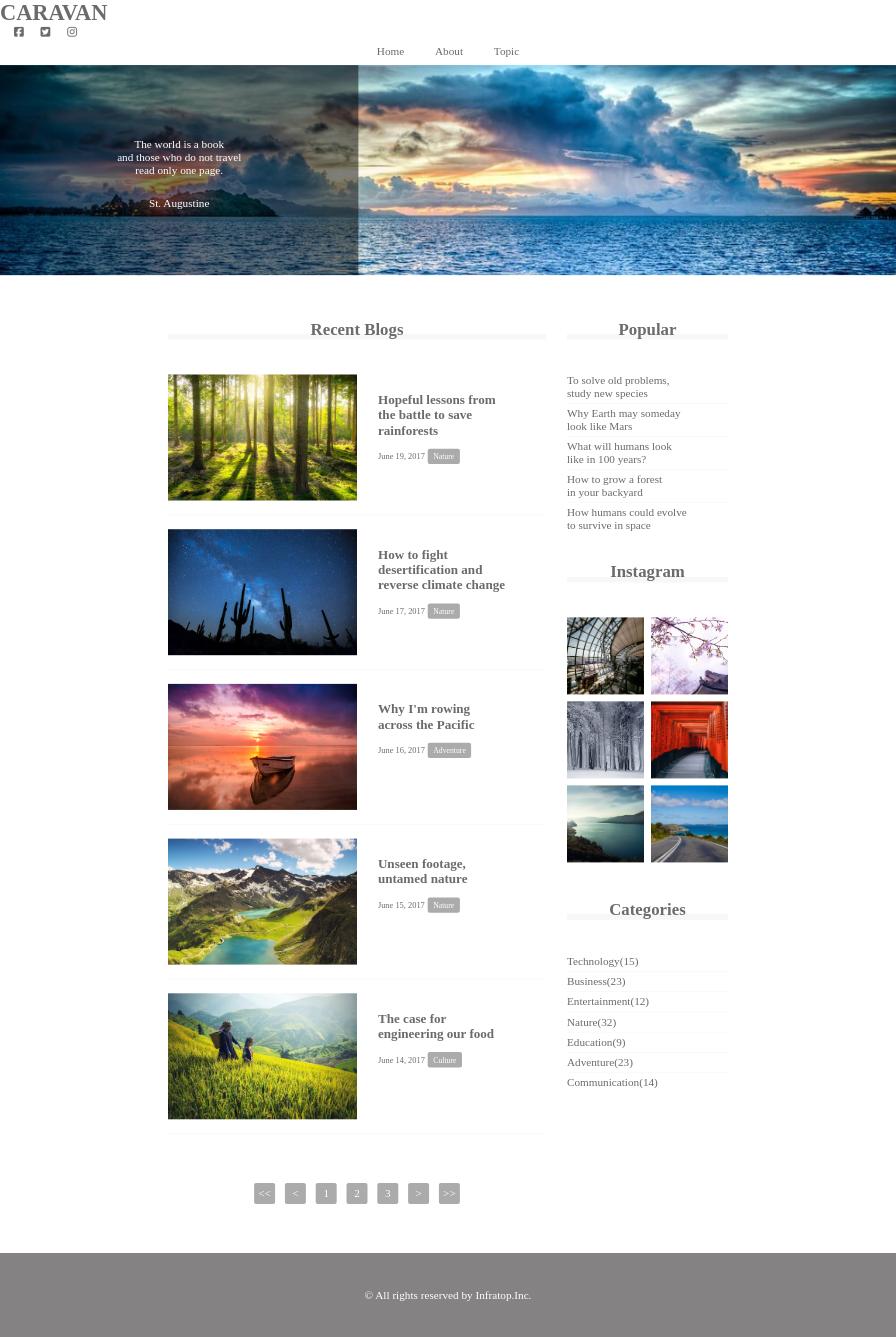
Repository: kowatann/sample_app
Page: caravan/index.html
The author's editor kept a record of every edit. The page is drawn from the files as they stood at one moment, then again after the next edit.
The browser window is 1280 px wide. The pictures show the whole page, at 70% of full size.
Some web libraries are served in a nearby version.

Above is the page before.

### caravan/index.html
<!DOCTYPE html>
<html lang="ja">
  <head>
    <meta charset="UTF-8" />

    <script src="https://kit.fontawesome.com/e8d2f3c1d8.js" crossorigin="anonymous"></script>

    <link rel="stylesheet" href="style.css" />
    <title>CARAVAN</title>
  </head>

  <body>

    <header>
      <h1 class="heading">
        <a href="index.html">
          CARAVAN
        </a>
      </h1>
      <div class="social">

        <i class="fab fa-facebook-square"></i>
        <i class="fab fa-twitter-square"></i>
        <i class="fab fa-instagram"></i>
      </div>
    </header>


    <nav>
      <ul class="nav-list">
        <li class="nav-list-item">
          <a href="index.html">Home</a>
        </li>
        <li class="nav-list-item">About</li>
        <li class="nav-list-item">Topic</li>
      </ul>
    </nav>


    <div class="main-visual">
      <div class="main-visual-content">
        <p class="main-visual-text">
          The world is a book<br />
          and those who do not travel<br />
          read only one page.
        </p>
        <p class="main-visual-name">
          St. Augustine
        </p>
      </div>
    </div>


    <main>
      <section class="blog">
        <h2 class="blog-heading">Recent Blogs</h2>
        <div class="blog-box">
          <div class="blog-item">
            <img class="blog-image" src="img/forest.jpg" />
            <section class="blog-text">
              <h3 class="blog-text-heading">
                <a href="single.html">
                  Hopeful lessons from<br />
                  the battle to save<br />
                  rainforests
                </a>
              </h3>
              <p class="blog-date">June 19, 2017</p>
              <span class="category">Nature</span>
            </section>
          </div>
          <div class="blog-item">
            <img class="blog-image" src="img/desert.jpg" />
            <section class="blog-text">
              <h3 class="blog-text-heading">
                <a href="single.html">
                  How to fight<br />
                  desertification and<br />
                  reverse climate change
                </a>
              </h3>
              <p class="blog-date">June 17, 2017</p>
              <span class="category">Nature</span>
            </section>
          </div>
          <div class="blog-item">
            <img class="blog-image" src="img/sunset.jpg" />
            <section class="blog-text">
              <h3 class="blog-text-heading">
                <a href="single.html">
                  Why I'm rowing<br />
                  across the Pacific
                </a>
              </h3>
              <p class="blog-date">June 16, 2017</p>
              <span class="category">Adventure</span>
            </section>
          </div>
          <div class="blog-item">
            <img class="blog-image" src="img/italy.jpg" />
            <section class="blog-text">
              <h3 class="blog-text-heading">
                <a href="single.html">
                  Unseen footage,<br />
                  untamed nature
                </a>
              </h3>
              <p class="blog-date">June 15, 2017</p>
              <span class="category">Nature</span>
            </section>
          </div>
          <div class="blog-item">
            <img class="blog-image" src="img/asia.jpg" />
            <section class="blog-text">
              <h3 class="blog-text-heading">
                <a href="single.html">
                  The case for<br />
                  engineering our food
                </a>
              </h3>
              <p class="blog-date">June 14, 2017</p>
              <span class="category">Culture</span>
            </section>
          </div>
        </div>
        <div class="pagination">
          <p><<</p>
          <p><</p>
          <p>1</p>
          <p>2</p>
          <p>3</p>
          <p>></p>
          <p>>></p>
        </div>      </section>
      <div class="sidebar">
        <section class="popular">
          <h2 class="popular-heading common-heading">Popular</h2>
          <div class="sidebar-contents">
            <p class="popular-text">
              To solve old problems,<br />study new species
            </p>
            <p class="popular-text">
              Why Earth may someday<br />look like Mars
            </p>
            <p class="popular-text">
              What will humans look<br />like in 100 years?
            </p>
            <p class="popular-text">
              How to grow a forest<br />in your backyard
            </p>
            <p class="popular-text">
              How humans could evolve<br />to survive in space
            </p>
          </div>
        </section>
        <section class="instagram">
          <h2 class="instagram-heading common-heading">Instagram</h2>
          <div class="sidebar-contents">
            <div class="instagram-box"></div>
            <div class="instagram-box"></div>
            <div class="instagram-box"></div>
            <div class="instagram-box"></div>
            <div class="instagram-box"></div>
            <div class="instagram-box"></div>
          </div>
        </section>
        <section class="categories">
          <h2 class="categories-heading common-heading">Categories</h2>
          <div class="sidebar-contents">
            <p class="categories-text">Technology(15)</p>
            <p class="categories-text">Business(23)</p>
            <p class="categories-text">Entertainment(12)</p>
            <p class="categories-text">Nature(32)</p>
            <p class="categories-text">Education(9)</p>
            <p class="categories-text">Adventure(23)</p>
            <p class="categories-text">Communication(14)</p>
          </div>
        </section>
      </div>
    </main>


    <footer>
      <p class="footer-text">© All rights reserved by Infratop.Inc.</p>
    </footer>
  </body>
</html>

### caravan/style.css
* {
  margin: 0;
  padding: 0;
  box-sizing: border-box;
  color: #6c6b6b;
}

a {
  text-decoration: none;
}

header {
  position: relative;
}

.social i {
  daisplay: inline-block;
  margin-left: 20px;
}


header .heading {

  font-size: 32px;
}

.nav-list {
  text-align: center;
  padding: 10px 0;
  margin: 0 auto;
}

.nav-list-item {
  list-style: none;
  display: inline-block;
  margin: 0 20px;
}

.main-visual {
  width: 100%;
  height: 300px;
  background-image: url(img/mv.jpg);
  background-size: cover;
  background-position: center;
}

.main-visual-content {
  width: 40%;
  height: 300px;
  background-color: rgba(0, 0, 0, 0.5);
  text-align: center;
  padding-top: 105px;
}

.main-visual-text {
  color: #fff;
}

.main-visual-name {
  margin-top: 30px;
  color: #fff;
}

main {
  width: 800px;
  display: flex;
  justify-content: center;
  margin: 0 auto;
  padding: 70px 0;
}

.blog {
  width: 540px;
  margin-right: 30px;
}

.blog-heading {
  border-bottom: 8px solid #f7f7f7;
  text-align: center;
  line-height: 0.6;
}

.blog-box {
  padding-top: 50px;
}

.blog-item {
  padding-bottom: 20px;
  margin-bottom: 20px;
  border-bottom: 1px solid #f7f7f7;
  display: flex;
  justify-content: flex-start;
}

.blog-image {
  height: 180px;
}

.blog-text {
  padding: 25px 0 0 30px;
}

.blog-text-heading {
  padding-bottom: 15px;
}

.blog-date {
  font-size: 12px;
  display: inline-block;
}

.category {
  display: inline-block;
  padding: 5px 8px;
  background-color: #acabab;
  border-radius: 3px;
  color: #fff;
  font-size: 11px;
}

.pagination {
  text-align: center;
  padding-top: 50px;
}

.pagination p {
  display: inline-block;
  width: 30px;
  height: 30px;
  margin: 0 5px;
  color: #fff;
  background-color: #acabab;
  border-radius: 3px;
  line-height: 30px;
}
.sidebar {
  width: 230px;
}

.common-heading {
  border-bottom: 8px solid #f7f7f7;
  text-align: center;
  line-height: 0.6;
}

.sidebar-contents {
  padding: 50px 0;
}

.popular-text,
.categories-text {
  padding-bottom: 5px;
  border-bottom: 1px solid #f7f7f7;
  margin-bottom: 5px;
}
.popular-text:last-child,
.categories-text:last-child {
  margin: 0;
  padding: 0;
  border: none;
}

.instagram .sidebar-contents {
  display: flex;
  flex-wrap: wrap;
}

.instagram-box {
  width: 110px;
  padding-top: 110px;
  background-size: cover;
  background-position: center;
  margin-bottom: 10px;
}

.instagram-box:nth-child(odd) {
  margin: 0 10px 10px 0;
}

.instagram-box:nth-child(1) {
  background-image: url(img/airport.jpg);
}

.instagram-box:nth-child(2) {
  background-image: url(img/japan.jpg);
}

.instagram-box:nth-child(3) {
  background-image: url(img/snow.jpg);
}

.instagram-box:nth-child(4) {
  background-image: url(img/japan2.jpg);
}

.instagram-box:nth-child(5) {
  background-image: url(img/lake.jpg);
}

.instagram-box:nth-child(6) {
  background-image: url(img/road.jpg);
}

footer {
  width: 100%;
  height: 120px;
  text-align: center;
  line-height: 120px;
  background-color: #848282;
}

.footer-text {
  color: #fff;
}

After the next edit:
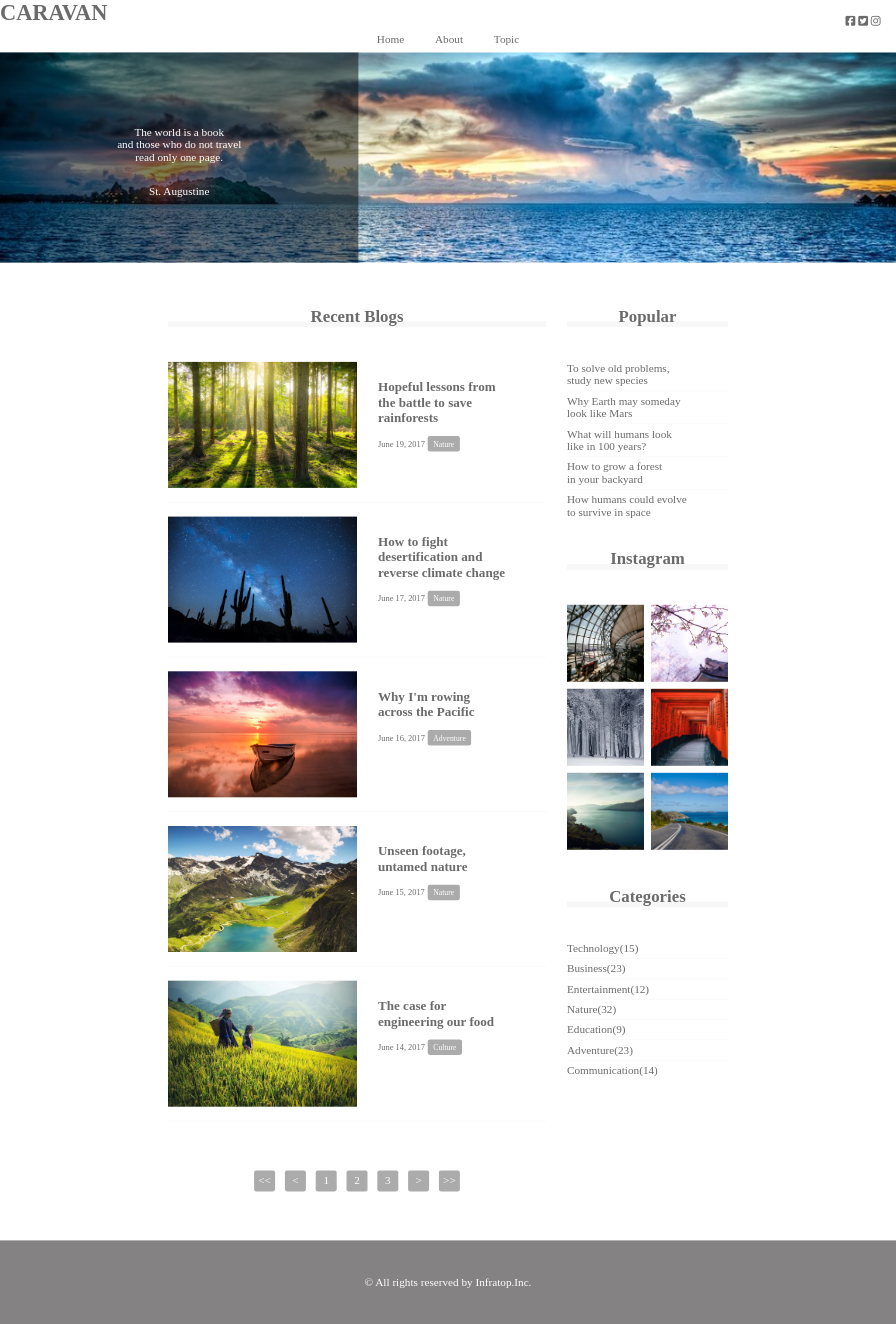
The edit:
--- a/caravan/style.css
+++ b/caravan/style.css
@@ -10,12 +10,12 @@
 }
 
 header {
-  position: relative;
-}
-
-.social i {
-  daisplay: inline-block;
-  margin-left: 20px;
+  position: relative; /* #socialの基準位置を相対位置へ変更する */
+}
+.social {
+  position: absolute;
+  top: 22px;
+  right: 22px;
 }
 
 
